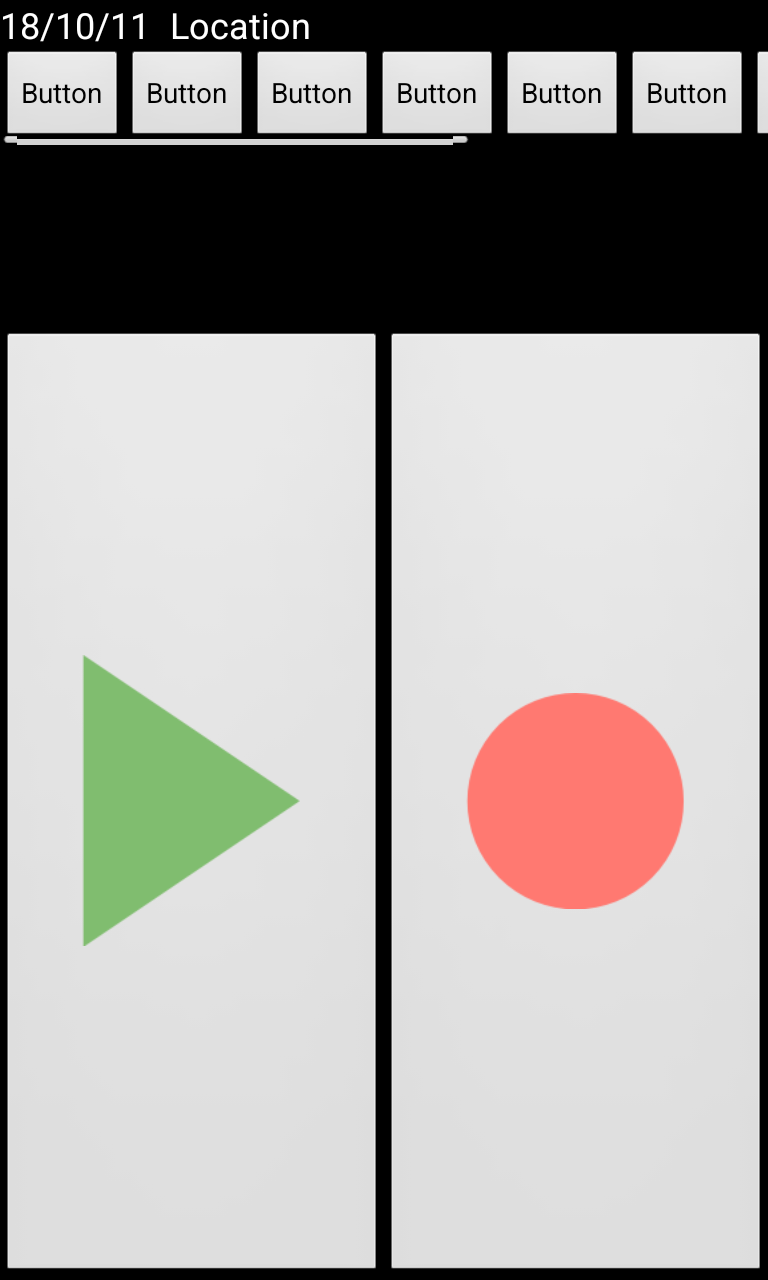
Repository: aikuma/aikuma
Layout: BOLDApp/res/layout/listen.xml
These files come from the project's save history. The layout is drawn as it stood at one moment and after the next save; the edit follows.
It is drawn on a 768 x 1280 px phone screen (xhdpi) without system bars, with theme android:Theme; the app's code is not run.

Above is the layout before, as saved 2011-07-29 03:01:49.

### BOLDApp/res/layout/listen.xml
<?xml version="1.0" encoding="utf-8"?>
<LinearLayout xmlns:android="http://schemas.android.com/apk/res/android"
    android:layout_width="fill_parent"
    android:layout_height="fill_parent"
    android:orientation="vertical" android:baselineAligned="false">
    <LinearLayout android:layout_width="match_parent" android:id="@+id/linearLayout1" android:layout_height="wrap_content" android:layout_weight="0">
        <TextView android:layout_width="wrap_content" android:text="18/10/11" android:textAppearance="?android:attr/textAppearanceMedium" android:id="@+id/textView1" android:layout_height="wrap_content" android:layout_gravity="center"></TextView>
        <TextView android:layout_width="wrap_content" android:text="Location" android:textAppearance="?android:attr/textAppearanceMedium" android:layout_height="wrap_content" android:id="@+id/textView2" android:layout_marginLeft="10dip" android:layout_gravity="center"></TextView>
    </LinearLayout>
    <LinearLayout android:layout_height="wrap_content" android:layout_width="match_parent" android:id="@+id/linearLayout2" android:layout_weight="0.3">
        <HorizontalScrollView android:id="@+id/horizontalScrollView1" android:layout_width="wrap_content" android:layout_height="wrap_content">
            <LinearLayout android:id="@+id/linearLayout4" android:layout_width="match_parent" android:layout_height="match_parent" android:orientation="horizontal">
                <Button android:text="Button" android:id="@+id/button1" android:layout_width="wrap_content" android:layout_height="wrap_content"></Button>
                <Button android:text="Button" android:layout_height="wrap_content" android:id="@+id/button2" android:layout_width="wrap_content"></Button>
                <Button android:text="Button" android:layout_height="wrap_content" android:id="@+id/button3" android:layout_width="wrap_content"></Button>
                <Button android:text="Button" android:layout_height="wrap_content" android:id="@+id/button4" android:layout_width="wrap_content"></Button>
                <Button android:text="Button" android:layout_height="wrap_content" android:id="@+id/button5" android:layout_width="wrap_content"></Button>
                <Button android:text="Button" android:layout_height="wrap_content" android:id="@+id/button6" android:layout_width="wrap_content"></Button>
                <Button android:text="Button" android:layout_height="wrap_content" android:id="@+id/button7" android:layout_width="wrap_content"></Button>
                <Button android:text="Button" android:layout_height="wrap_content" android:id="@+id/button8" android:layout_width="wrap_content"></Button>
                <Button android:text="Button" android:layout_height="wrap_content" android:id="@+id/button10" android:layout_width="wrap_content"></Button>
                <Button android:text="Button" android:layout_height="wrap_content" android:id="@+id/button9" android:layout_width="wrap_content"></Button>
            </LinearLayout>
        </HorizontalScrollView>
    </LinearLayout>
    <LinearLayout android:layout_height="wrap_content" android:layout_width="match_parent" android:id="@+id/linearLayout3" android:layout_weight="1">
        <ImageButton android:layout_weight="1" android:layout_height="match_parent" android:layout_width="match_parent" android:layout_gravity="right" android:id="@+id/playButton" android:src="@drawable/button_play"></ImageButton>
        <ImageButton android:layout_width="match_parent" android:layout_height="match_parent" android:layout_weight="1" android:id="@+id/recordButton" android:src="@drawable/button_record" android:scaleType="center"></ImageButton>
    </LinearLayout>
</LinearLayout>

After the next save:
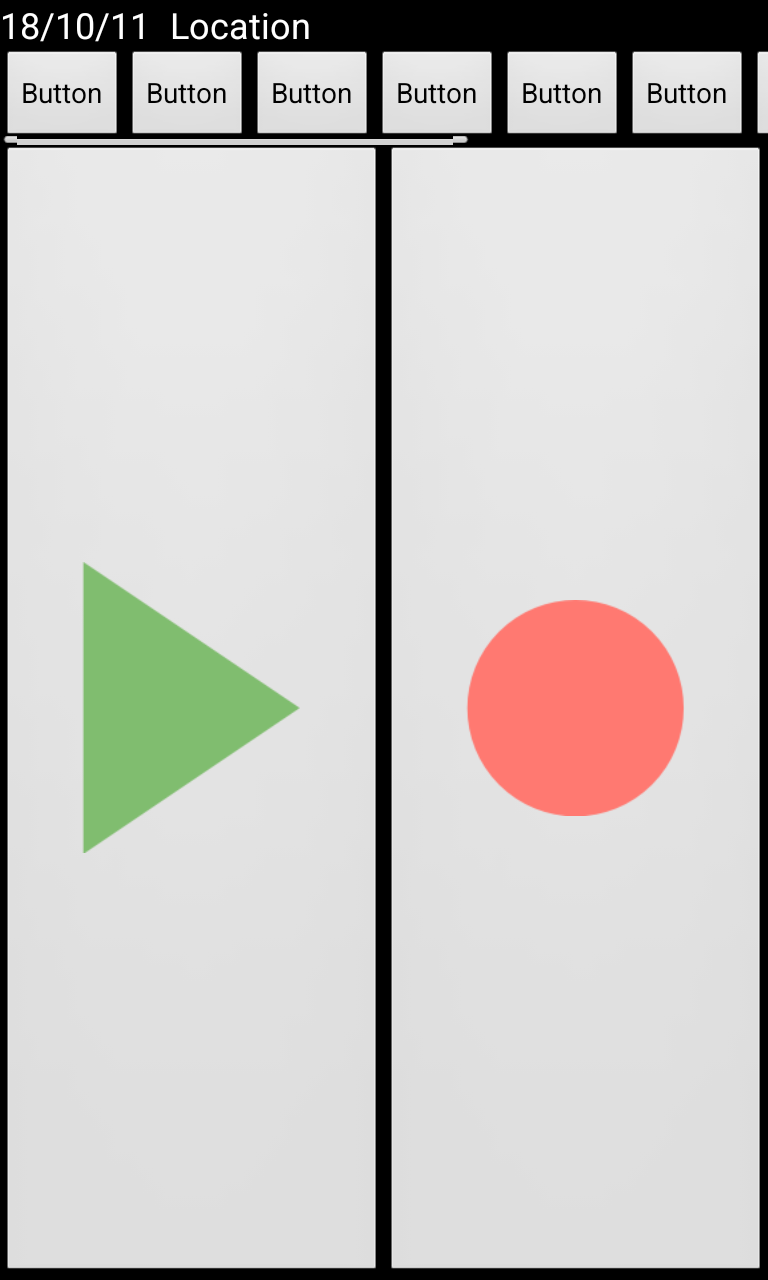
Saved 6 min 37 s later.
--- a/BOLDApp/res/layout/listen.xml
+++ b/BOLDApp/res/layout/listen.xml
@@ -7,7 +7,7 @@
         <TextView android:layout_width="wrap_content" android:text="18/10/11" android:textAppearance="?android:attr/textAppearanceMedium" android:id="@+id/textView1" android:layout_height="wrap_content" android:layout_gravity="center"></TextView>
         <TextView android:layout_width="wrap_content" android:text="Location" android:textAppearance="?android:attr/textAppearanceMedium" android:layout_height="wrap_content" android:id="@+id/textView2" android:layout_marginLeft="10dip" android:layout_gravity="center"></TextView>
     </LinearLayout>
-    <LinearLayout android:layout_height="wrap_content" android:layout_width="match_parent" android:id="@+id/linearLayout2" android:layout_weight="0.3">
+    <LinearLayout android:layout_width="match_parent" android:id="@+id/linearLayout2" android:layout_height="wrap_content" android:layout_weight="0">
         <HorizontalScrollView android:id="@+id/horizontalScrollView1" android:layout_width="wrap_content" android:layout_height="wrap_content">
             <LinearLayout android:id="@+id/linearLayout4" android:layout_width="match_parent" android:layout_height="match_parent" android:orientation="horizontal">
                 <Button android:text="Button" android:id="@+id/button1" android:layout_width="wrap_content" android:layout_height="wrap_content"></Button>
